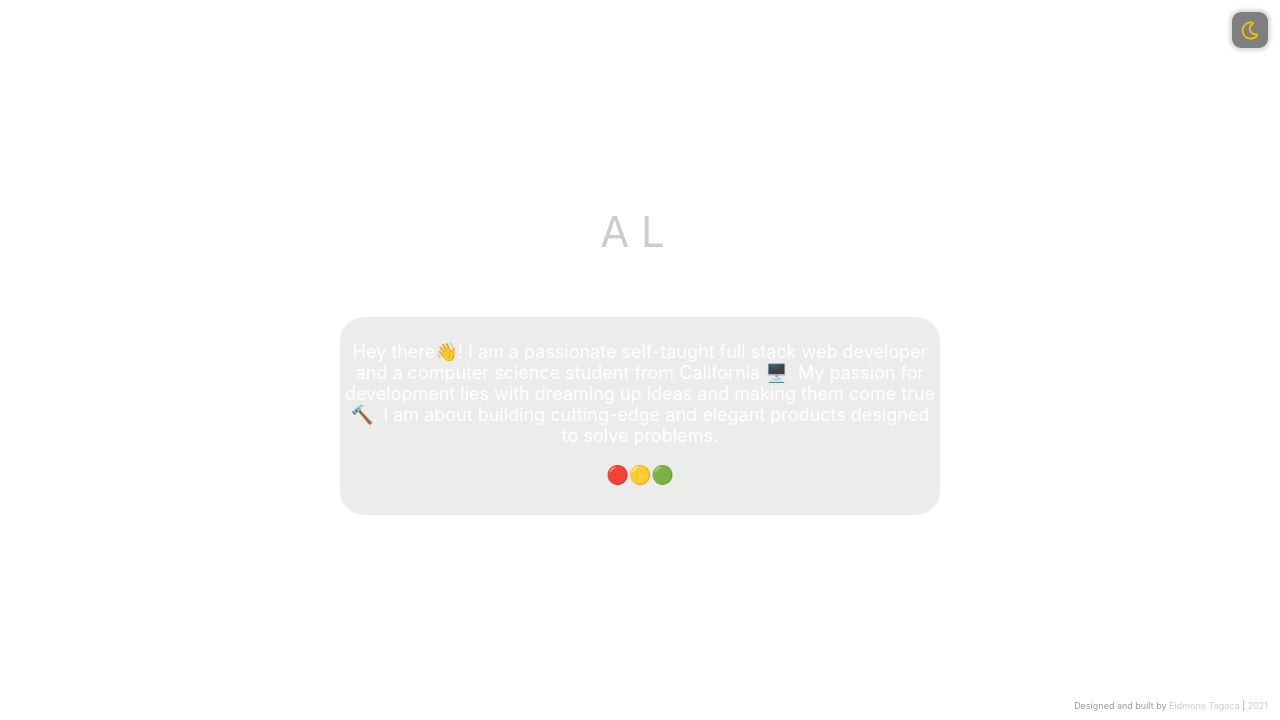
Repository: Tagaca19e/ET
Page: /
These files come from the project's save history. The page is drawn as it stood at one moment and after the next save; the edit follows.
The browser window is 1280 px wide. The pictures show the whole page.
The project was rebuilt for these pictures with package versions that can differ from the ones it lists, and the page was loaded fresh each time. Also part of the build but not shown: src/icons/Sun.jsx, src/icons/Resume.jsx.

Above is the page before, as saved 2021-07-22 23:44:37.

### public/index.html
<!DOCTYPE html>
<html lang="en">
  <head>
    <meta charset="utf-8" />

    <!-- <meta name="title" property="og:title" content="Adam Alston" />
    <meta
      name="description"
      property="og:description"c
      content="Source: https://github.com/adamalston/v2"
    />

    <meta property="og:site_name" content="Personal Website" />
    <meta property="og:url" content="http://www.adamalston.com/" />
    <meta property="og:locale" content="en_US" />
    <meta property="og:image" content="https://git.io/JUWDe" />
    <meta property="og:image:type" content="image/png" />
    <meta property="og:image:width" content="1280" />
    <meta property="og:image:height" content="640" />
    <meta property="og:image:alt" content="adamalston.com" />
    <meta property="og:type" content="website" /> -->

    <link rel="icon" href="%PUBLIC_URL%/favicon.svg" />
    <link rel="canonical" href="https://adamalston.com" />
    <link rel="apple-touch-icon" href="%PUBLIC_URL%/favicon.svg" />
    <link rel="manifest" href="%PUBLIC_URL%/manifest.webmanifest" />

    <title>Eidmone</title>
  </head>
  <body>
    <noscript>
      Enable JavaScript to see this website.
      <a href="https://github.com/Tagaca19e/ET"> Source</a>
    </noscript>
    <div id="root"></div>
  </body>
</html>

### src/App/App.jsx
import React from "react";

import { ThemeProvider } from "./AppContext";
import { Toggle, Content, Buttons, Footer, Particles } from "./../components";
import "./app.scss";

const App = () => {
  return (
    <ThemeProvider>
      <div className="app">
        <Toggle />
        <Content />
        <Buttons />
        <Footer />
        <Particles />
      </div>
    </ThemeProvider>
  );
};

export default App;

### src/App/AppContext.jsx
import React, { createContext } from 'react';

import usePersistentState from './../hooks/PersistentState';
import { dark, light } from '../themes/Theme';

export const AppContext = createContext({
  isDark: Boolean,
  setIsDark: () => {},
});

export const ThemeProvider = ({ children }) => {
  const [isDark, setIsDark] = usePersistentState('theme', true); // default: dark mode
  const theme = isDark ? dark : light;

  const isMobile = window.matchMedia('(max-device-width: 820px) and (-webkit-min-device-pixel-ratio: 2)').matches;

  return <AppContext.Provider value={{ isDark, setIsDark, theme, isMobile }}>{children}</AppContext.Provider>;
};

### src/components/index.jsx
export * from "./Toggle";
export * from "./Content";
export * from "./Buttons";
export * from "./Footer";
export * from "./Particles";

### src/App/app.scss
html {
  overflow: hidden;
  font-size: 12px;
  font-family: -apple-system, BlinkMacSystemFont, 'Helvetica Neue', 'Segoe UI', Roboto, Oxygen, Ubuntu, Cantarell, 'Open Sans', sans-serif;
}

body {
  margin: 0;
  padding: 0;
  -webkit-font-smoothing: antialiased;
  -moz-osx-font-smoothing: grayscale;
}

.app {
  margin: 0;
  width: 100vw;
  height: 100vh;
  display: flex;
  flex-direction: column;
  align-items: center;
  justify-content: center;
  text-align: center;
}

### src/hooks/PersistentState.jsx
import { useEffect, useState } from 'react';

const usePersistentState = (key, defaultValue) => {
  const [state, setState] = useState(() => {
    const persistentState = localStorage.getItem(key);
    return persistentState ? JSON.parse(persistentState) : defaultValue;
  });

  useEffect(() => {
    window.localStorage.setItem(key, JSON.stringify(state));
  }, [state, key]);

  return [state, setState];
};

export default usePersistentState;

### src/themes/Theme.jsx
export const dark = {
  key: 'dark',
  primaryTextColor: '#FFF',
  secondaryTextColor: '#CCC',
  tertiaryTextColor: '#999',
  background: '#000',
  shadowColor: 'rgba(0, 0, 0, 0.5)',
};

export const light = {
  key: 'light',
  primaryTextColor: '#000',
  secondaryTextColor: '#333',
  tertiaryTextColor: '#777',
  background: '#FFF',
  shadowColor: 'rgba(255, 255, 255, 0.5)',
};

### src/components/Toggle.jsx
import React, { useContext } from 'react';
import styled from 'styled-components';

import { AppContext } from './../App/AppContext';
import { Moon, Sun } from './../icons';

const T = {
  Container: styled.main`
    position: fixed;
    z-index: 1;
    top: 1rem;
    right: 1rem;
    display: flex;
    flex: 1;
    align-items: center;
    justify-content: center;

    :active {
      -webkit-transform: scale(0.9);
      transform: scale(0.9);
    }
  `,
  Toggle: styled.input`
    display: none;
  `,
  Switch: styled.label`
    cursor: pointer;
    display: flex;
    width: 1.5rem;
    height: 1.5rem;
    padding: 0.75rem;
    background-color: ${({ theme }) => theme.shadowColor};
    border-radius: 25%;
    box-shadow: 0 0 0.25rem 0.25rem rgba(128, 128, 128, 0.25);
    align-items: center;
    justify-content: center;
    transition: background-color 0.5s linear;
    font-size: 0.5rem;
  `,
};

export const Toggle = () => {
  const { isDark, setIsDark, theme } = useContext(AppContext);

  return (
    <T.Container>
      <T.Toggle id='toggle' name='toggle' type='checkbox' checked={isDark} onChange={(e) => setIsDark(e.target.checked)} />
      <T.Switch theme={theme} htmlFor='toggle'>
        {isDark ? <Moon /> : <Sun />}
      </T.Switch>
    </T.Container>
  );
};

### src/components/Content.jsx
import React, { useContext } from "react";
import styled, { css } from "styled-components";
import TextLoop from "react-text-loop";

import { AppContext } from "./../App/AppContext";
import Typewriter from "typewriter-effect";

const sharedStyles = css`
  transition: color 0.5s linear;
  font-weight: normal;
  position: relative;
  z-index: 1;
`;

const C = {
  Name: styled.h1`
    ${sharedStyles};
    font-size: 6rem;
    margin: 0 0 3.5rem;
    color: ${({ theme }) => theme.primaryTextColor};
    @media only screen and (max-device-width: 820px) and (-webkit-min-device-pixel-ratio: 2) {
      font-size: 4.5rem;
    }
  `,
  Title: styled.h2`
    ${sharedStyles};
    font-size: 3.5rem;
    margin: 4rem 0;
    color: ${({ theme }) => theme.secondaryTextColor};
    @media only screen and (max-device-width: 820px) and (-webkit-min-device-pixel-ratio: 2) {
      font-size: 2.5rem;
    }
  `,
  Skills: styled.h3`
    ${sharedStyles};
    font-size: 1.5rem;
    margin: 5rem 0;
    color: ${({ theme }) => theme.primaryTextColor};
    max-width: 50rem;
    background: rgba(138, 138, 134, 0.16);
    border-radius: 2rem;
    font-style: bold;
    padding-top: 2rem;
    padding-bottom: 1rem;

    @media only screen and (max-device-width: 820px) and (-webkit-min-device-pixel-ratio: 2) {
      font-size: 1.5rem;
    }
  `,
};

function Type() {
  return (
    <Typewriter
      options={{
        strings: [
          "A Developer",
          "A Leader",
          "A Team Player",
          "A Hard Worker",
          "A Problem Solver",
          "A Student",
        ],
        autoStart: true,
        loop: true,
        deleteSpeed: 50,
      }}
    />
  );
}

export const Content = () => {
  const { theme } = useContext(AppContext);

  return (
    <div>
      <C.Name theme={theme} data-v2="name" aria-label="My name is Adam Alston">
        Eidmone Tagaca
      </C.Name>
      <C.Title
        theme={theme}
        data-v2="title"
        aria-label="I am a software engineer"
      >
        <Type
          theme={theme}
          data-v2="title"
          aria-label="I am a software engineer"
        />
      </C.Title>
      <C.Skills
        theme={theme}
        data-v2="skills"
        aria-label="My name is Adam Alston"
      >
        <p1>
          {" "}
          Hey there👋! I am a passionate self-taught full stack web developer
          and a computer science student from California 🖥️. My passion for
          development lies with dreaming up ideas and making them come true 🔨.
          I am about building cutting-edge and elegant products designed to
          solve problems.
        </p1>
        <p> 🔴🟡🟢</p>
        {/* <TextLoop interval={3000} delay={2000}>
          {[
            "Javascript  ",
            "Nodejs      ",
            "React       ",
            "Expressjs   ",
            "React Native",

            // "Cinema 4D",
          ].map((text) => (
            <span key={text}>{text}</span>
          ))}
        </TextLoop> */}
      </C.Skills>
    </div>
  );
};

### src/components/Buttons.jsx
import React, { useContext } from "react";
import styled from "styled-components";

import { AppContext } from "./../App/AppContext";
import { GitHub, LinkedIn, Resume, Email } from "./../icons";

const Container = styled.div`
  a,
  a:active,
  a:hover {
    outline: 0;
  }

  .button-container {
    display: inline-block;
    height: 6rem;
    width: 6rem;
    margin: 0 1.75rem;
  }

  .button {
    transition: color 0.5s linear;
    height: 6rem;
    width: 6rem;
    color: ${({ theme }) => theme.primaryTextColor};
    display: table-cell;
    vertical-align: middle;
    text-align: center;
    text-decoration: none;
    position: relative;
    z-index: 1;
    border-radius: 25%;
  }

  .icon {
    height: 4.5rem;
    width: 4.5rem;
    padding: 1rem;
  }

  .icon_title {
    font-size: 1.25rem;
  }

  .button:hover {
    background-color: ${({ theme }) => theme.shadowColor};
    box-shadow: 0 0 0.75rem 0.75rem rgba(128, 128, 128, 0.25);
  }

  .button:active {
    -webkit-transform: scale(0.9);
    transform: scale(0.9);
  }

  .button-container .icon_title {
    display: none;
  }

  .button-container:hover .icon_title {
    display: initial;
  }

  .button-container:hover .icon {
    display: none;
  }

  @media only screen and (max-device-width: 820px) and (-webkit-min-device-pixel-ratio: 2) {
    .button-container {
      height: 5rem;
      width: 5rem;
      margin: 0 0.8rem;
    }

    .button {
      height: 5rem;
      width: 5rem;
    }

    .icon {
      height: 4rem;
      width: 4rem;
      padding: 0.5rem;
    }

    .icon_title {
      font-size: 1rem;
    }
  }
`;

export const Buttons = () => {
  const { theme } = useContext(AppContext);

  const DATA = [
    {
      href: "https://github.com/Tagaca19e",
      aria: "Visit my GitHub profile",
      icon: <GitHub />,
      label: "GitHub",
    },
    {
      href: "https://www.linkedin.com/in/eidmone-tagaca-6ab45717b/",
      aria: "Visit my LinkedIn profile",
      icon: <LinkedIn />,
      label: "LinkedIn",
    },
    {
      href: "mailto:etagaca@csub.edu",
      aria: "Send me an email with this template",
      icon: <Email />,
      label: "Email",
    },
  ];

  return (
    <Container theme={theme}>
      {DATA.map(({ href, aria, icon, label }, i) => (
        <span className="button-container" key={i}>
          <a
            className="button"
            href={href}
            target="_self"
            aria-label={aria}
            rel="noopener noreferrer"
          >
            <div className="icon">{icon}</div>
            <span className="icon_title" data-v2={label}>
              {label}
            </span>
          </a>
        </span>
      ))}
    </Container>
  );
};

### src/components/Footer.jsx
import React, { useContext } from "react";
import styled from "styled-components";

import { AppContext } from "./../App/AppContext";

const F = {
  Container: styled.div`
    position: absolute;
    bottom: 0;
    right: 0;
    font-size: 0.75rem;
    padding-right: ${({ isMobile }) => (isMobile ? "1.5rem" : "1rem")};
    z-index: 1;
  `,
  Text: styled.p`
    transition: color 0.5s linear;
    color: ${({ theme }) => theme.tertiaryTextColor};
  `,
  Link: styled.a`
    transition: color 0.5s linear;
    text-decoration: none;
    color: ${({ theme }) => theme.secondaryTextColor};
  `,
};

export const Footer = () => {
  const { theme, isMobile } = useContext(AppContext);

  return (
    <F.Container isMobile={isMobile}>
      <F.Text theme={theme} aria-label="Designed and built by Adam Alston">
        Designed and built by&nbsp;
        <F.Link
          theme={theme}
          data-v2="creator"
          href="https://www.linkedin.com/in/eidmone-tagaca-6ab45717b/"
        >
          Eidmone Tagaca
        </F.Link>
        {isMobile ? (
          <></>
        ) : (
          <>
            &nbsp;|&nbsp;
            <F.Link
              theme={theme}
              data-v2="source"
              aria-label="Source code"
              href="https://github.com/jtagaca12/ET"
            >
              2021
            </F.Link>
          </>
        )}
      </F.Text>
    </F.Container>
  );
};

### src/components/Particles.jsx
import React, { useContext } from "react";
import styled from "styled-components";
import { Particles as ReactParticles } from "react-tsparticles";

import { AppContext } from "./../App/AppContext";

const P = {
  Container: styled.div`
    transition: background-color 0.5s linear;
    position: absolute;
    background-color: ${({ theme }) => theme.background};
    background-repeat: no-repeat;
    background-size: cover;
    background-position: 50% 50%;
    z-index: 0;
  `,
};

export const Particles = () => {
  const { theme } = useContext(AppContext);

  const OPTIONS = {
    particles: {
      number: {
        value: 100,
        density: {
          enable: true,
          area: 800,
        },
      },
      color: {
        value: ["c912ed", "00bfff", "22dd22", "ffd500", "ff8000", "ff2600"],
      },
      shape: {
        type: "square",
        stroke: {
          width: 0,
          color: "000",
        },
        polygon: {
          nb_sides: 5,
        },
        image: {
          src: "img/github.svg",
          width: 100,
          height: 100,
        },
      },
      opacity: {
        value: 0.9,
        random: false,
        anim: {
          enable: false,
          speed: 1,
          opacity_min: 0.5,
          sync: false,
        },
      },
      size: {
        value: 4,
        random: {
          enable: true,
          minimumValue: 2,
        },
        anim: {
          enable: false,
          speed: 30,
          size_min: 0.1,
          sync: true,
        },
      },
      links: {
        enable: true,
        distance: 75,
        color: "999",
        opacity: 0.9,
        width: 1,
        consent: false,
        blink: false,
      },
      move: {
        enable: true,
        speed: 2,
        direction: "none",
        random: false,
        straight: false,
        out_mode: "bounce",
        bounce: false,
        attract: {
          enable: false,
          rotateX: 600,
          rotateY: 1200,
        },
      },
    },
    interactivity: {
      detect_on: "canvas",
      events: {
        onhover: {
          enable: true,
          mode: "repulse",
        },
        onclick: {
          enable: true,
          mode: "push",
        },
        resize: true,
      },
      modes: {
        attract: {
          distance: 100,
          duration: 1,
          speed: 5,
        },
        bubble: {
          distance: 400,
          size: 40,
          duration: 2,
          opacity: 8,
          speed: 3,
        },
        grab: {
          distance: 400,
          line_linked: {
            opacity: 1,
          },
        },
        push: {
          particles_nb: 3,
        },
        remove: {
          particles_nb: 2,
        },
        repulse: {
          distance: 100,
          duration: 1,
        },
      },
    },
    retina_detect: true,
    fpsLimit: 60,
    // 3m@62^K^88745%
  };

  return (
    <P.Container theme={theme}>
      <ReactParticles width="100vw" height="100vh" options={OPTIONS} />
    </P.Container>
  );
};

### src/icons/index.jsx
export * from './Moon';
export * from './Sun';
export * from './GitHub';
export * from './LinkedIn';
export * from './Resume';
export * from './Email';

### src/icons/Moon.jsx
import React from 'react';

export const Moon = () => (
  <svg role='img' viewBox='0 0 512 512' xmlns='http://www.w3.org/2000/svg' height='4.5em' width='4.5em'>
    <title>Moon Icon</title>
    <path fill='#F1C40F' d='M279.135 512c78.756 0 150.982-35.804 198.844-94.775 28.27-34.831-2.558-85.722-46.249-77.401-82.348 15.683-158.272-47.268-158.272-130.792 0-48.424 26.06-92.292 67.434-115.836 38.745-22.05 29-80.788-15.022-88.919A257.936 257.936 0 00279.135 0c-141.36 0-256 114.575-256 256 0 141.36 114.576 256 256 256zm0-464c12.985 0 25.69 1.201 38.016 3.478-54.76 31.163-91.693 90.042-91.693 157.554 0 113.848 103.641 199.2 215.252 177.944C402.574 433.964 344.366 464 279.135 464c-114.875 0-208-93.125-208-208s93.125-208 208-208z'/>
  </svg>
);

### src/icons/GitHub.jsx
import React from 'react';

export const GitHub = () => (
  <svg role='img' viewBox='0 0 512 512' xmlns='http://www.w3.org/2000/svg'>
    <title>GitHub Icon</title>
    <path fill='currentColor' d='M296.133 354.174c49.885-5.891 102.942-24.029 102.942-110.192 0-24.49-8.624-44.448-22.67-59.869 2.266-5.89 9.515-28.114-2.734-58.947 0 0-18.139-5.898-60.759 22.669-18.139-4.983-38.09-8.163-56.682-8.163-19.053 0-39.011 3.18-56.697 8.163-43.082-28.567-61.22-22.669-61.22-22.669-12.241 30.833-4.983 53.057-2.718 58.947-14.061 15.42-22.677 35.379-22.677 59.869 0 86.163 53.057 104.301 102.942 110.192-6.344 5.452-12.241 15.873-14.507 30.387-12.702 5.438-45.808 15.873-65.758-18.592 0 0-11.795-21.31-34.012-22.669 0 0-22.224-.453-1.813 13.592 0 0 14.96 6.812 24.943 32.653 0 0 13.6 43.089 76.179 29.48v38.543c0 5.906-4.53 12.702-15.865 10.89C96.139 438.977 32.2 354.626 32.2 255.77c0-123.807 100.216-224.022 224.03-224.022 123.347 0 224.023 100.216 223.57 224.022 0 98.856-63.946 182.754-152.828 212.688-11.342 2.266-15.873-4.53-15.873-10.89V395.45c.001-20.873-6.811-34.465-14.966-41.276zM512 256.23C512 114.73 397.263 0 256.23 0 114.73 0 0 114.73 0 256.23 0 397.263 114.73 512 256.23 512 397.263 512 512 397.263 512 256.23z'/>
  </svg>
);

### src/icons/LinkedIn.jsx
import React from 'react';

export const LinkedIn = () => (
  <svg role='img' viewBox='0 0 512 512' xmlns='http://www.w3.org/2000/svg'>
    <title>LinkedIn Icon</title>
    <path fill='currentColor' d='M160.008 423h-70V197h70zm6.984-298.004c0-22.629-18.36-40.996-40.976-40.996C103.312 84 85 102.367 85 124.996 85 147.633 103.313 166 126.016 166c22.617 0 40.976-18.367 40.976-41.004zM422 298.664C422 237.996 409.184 193 338.312 193c-34.054 0-56.914 17.031-66.246 34.742H272V197h-68v226h68V310.79c0-29.388 7.48-57.856 43.906-57.856 35.93 0 37.094 33.605 37.094 59.722V423h69zM512 452V60c0-33.086-26.914-60-60-60H60C26.914 0 0 26.914 0 60v392c0 33.086 26.914 60 60 60h392c33.086 0 60-26.914 60-60zM455.26 32C466.694 32 480 45.305 480 56.74v398.52c0 11.435-13.305 24.74-24.74 24.74H56.74C45.306 480 32 466.695 32 455.26V56.74C32 45.306 45.305 32 56.74 32zM452 40'/>
  </svg>
);

### src/icons/Email.jsx
import React from 'react';

export const Email = () => (
  <svg role='img' viewBox='0 0 512 512' xmlns='http://www.w3.org/2000/svg'>
    <title>Email Icon</title>
    <path fill='currentColor' d='M464.004 4.326L15.986 262.714c-23 13.3-20.7 47.198 3.8 57.297l140.206 57.997v101.996c0 30.198 37.802 43.298 56.702 20.299l60.703-73.797L403.8 478.704c19.101 7.9 40.702-4.2 43.802-24.7l64.003-417.08c4.1-26.698-24.601-45.897-47.602-32.598zm-272.01 475.678v-88.796l54.501 22.499zm224.008-30.899l-206.208-85.196L409.302 128.12c4.8-5.6-2.9-13.199-8.5-8.4l-255.31 217.59-113.505-46.797L480.004 32.025z'/>
  </svg>
);

Loaded but not shown: src/index.jsx (common file)

After the next save:
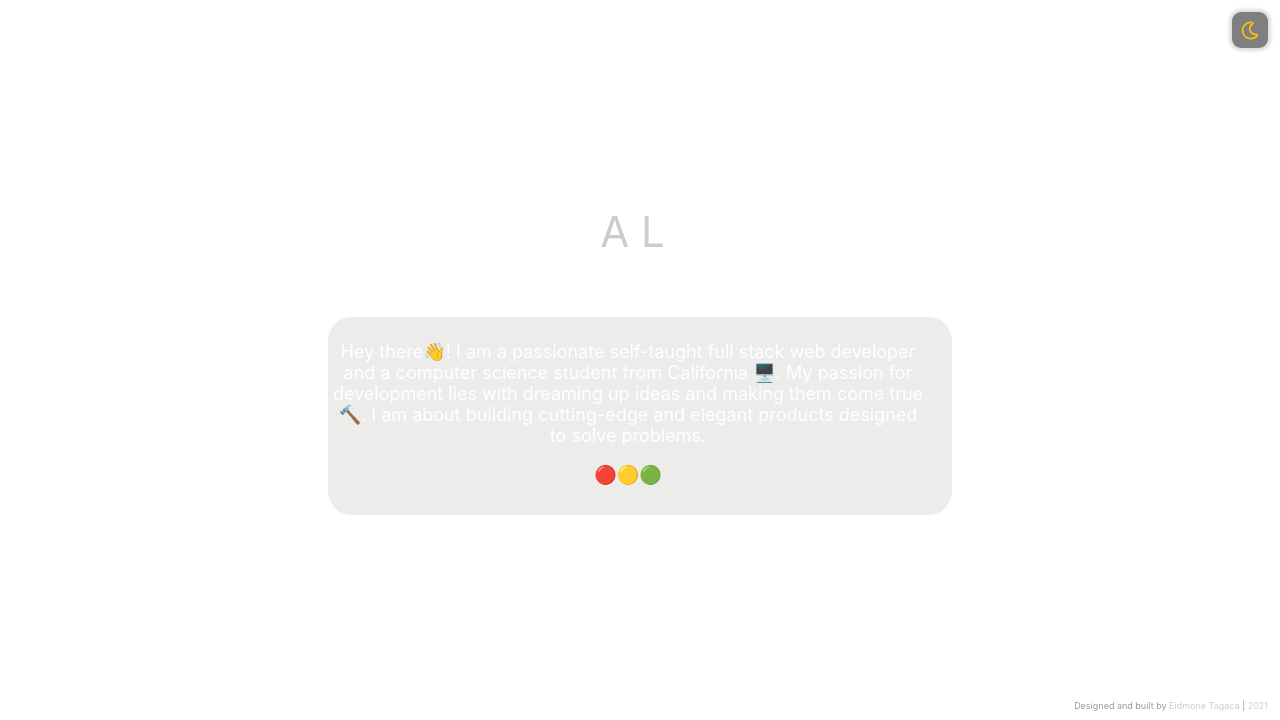
Saved 24 s later.
--- a/src/components/Content.jsx
+++ b/src/components/Content.jsx
@@ -42,6 +42,7 @@ const C = {
     font-style: bold;
     padding-top: 2rem;
     padding-bottom: 1rem;
+    padding-right: 2rem;
 
     @media only screen and (max-device-width: 820px) and (-webkit-min-device-pixel-ratio: 2) {
       font-size: 1.5rem;
